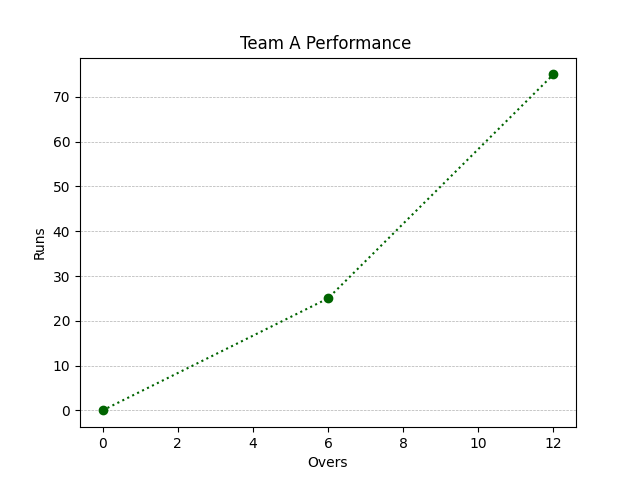
Repository: medenitunc/August-25-leanrning-Pyhton
Script's output: python Day02_05_Dv2.py
The author's editor kept a copy of each file at every save. The script's output is drawn from the files as they stood at one save, then again after the next save.
Random numbers start from a fixed seed.

Above is the script's output before, as saved 2025-11-27 09:40:02.

After the next save:
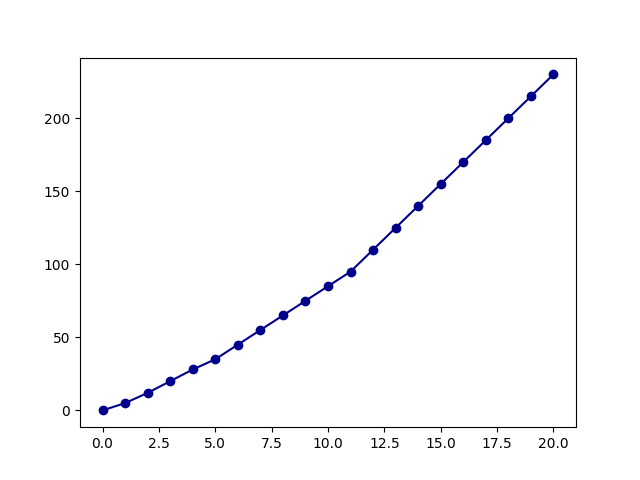
Saved 4 min 56 s later.
--- a/Day02_05_Dv2.py
+++ b/Day02_05_Dv2.py
@@ -1,15 +1,23 @@
 import matplotlib.pyplot as plt
 import numpy as np
-
+import pandas as pd
 
 # numpy - numerical python - library for numerical calculations
 
-xval = np.array([0,6,12])
-yval = np.array([0,25, 75])
+# xval = np.array([0,6,12])
+# yval = np.array([0,25, 75])
 
-plt.plot(xval, yval, color='darkgreen', marker='o', linestyle='dotted')
-plt.xlabel('Overs')
-plt.ylabel('Runs')
-plt.title('Team A Performance ')
-plt.grid(axis='y', linestyle='--', linewidth=0.5)
+# plt.plot(xval, yval, color='darkgreen', marker='o', linestyle='dotted')
+# plt.xlabel('Overs')
+# plt.ylabel('Runs')
+# plt.title('Team A Performance ')
+# plt.grid(axis='y', linestyle='--', linewidth=0.5)
+# plt.show()
+
+
+overs = np.array([0,1,2,3,4,5,6,7,8,9,10,11,12,13,14,15,16,17,18,19,20 ])
+teamA_runs = np.array([0,5,12,20,28,35,45,55,65,75,85,95,110,125,140,155,170,185,200,215,230])
+teamB_runs = np.array([0,8,15,22,30,40,50,60,70,80,90,100,115,130,145,160,175,190,205,220,240])
+
+plt.plot(overs, teamA_runs, marker='o', label='Team A', color='darkblue')
 plt.show()
